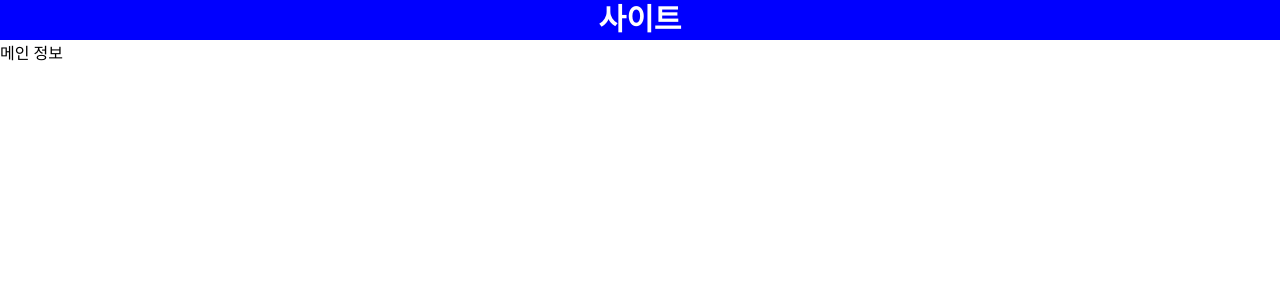
Repository: ImGaram/til
Page: http://localhost/practice/soqn/header.jsp
An editor plug-in stored every save of this project. The page is shown before and after the next save, followed by the edit.
The browser window is 1280 px wide. The pictures show the whole page.
The page is served by Tomcat 9. Other server files are loaded and not shown.

Above is the page before, as saved 2022-06-28 11:05:02.

### 2학년 jsp(화면구현)/practice/src/main/webapp/soqn/header.jsp
<%@ page language="java" contentType="text/html; charset=UTF-8"
    pageEncoding="UTF-8"%>
<!DOCTYPE html>
<html>
<head>
<meta charset="UTF-8">
<title>header</title>
</head>
<body>
<header style="position:fixed; top:0; left:0; width:100%; height:40px; line-height: 40px; background-color:blue;
 color: white; text-align:center; font-size:30px">
<b>사이트</b>
</header>
<nav style="position:fixed;top:40px;left:0;width:100%;height:30px;">
<a>메인</a>
<a>정보</a>
</nav>
</body>
</html>

After the next save:
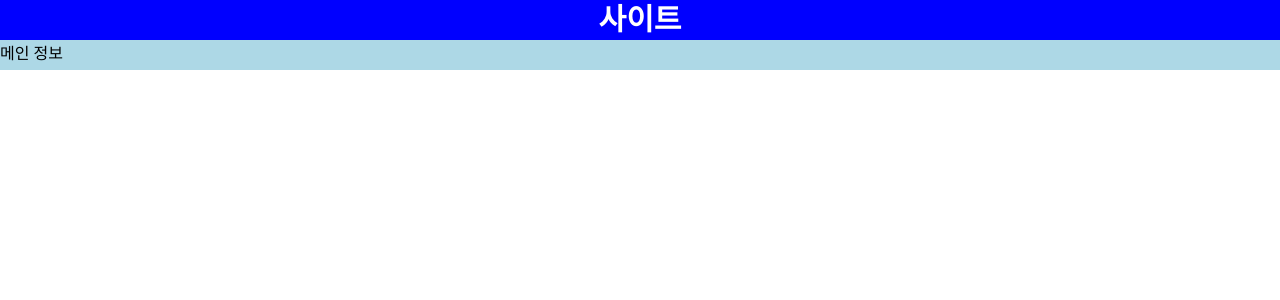
Saved 17 s later.
--- a/2학년 jsp(화면구현)/practice/src/main/webapp/soqn/header.jsp
+++ b/2학년 jsp(화면구현)/practice/src/main/webapp/soqn/header.jsp
@@ -11,7 +11,7 @@
  color: white; text-align:center; font-size:30px">
 <b>사이트</b>
 </header>
-<nav style="position:fixed;top:40px;left:0;width:100%;height:30px;">
+<nav style="position:fixed;top:40px;left:0;width:100%;height:30px; background-color:lightblue">
 <a>메인</a>
 <a>정보</a>
 </nav>
